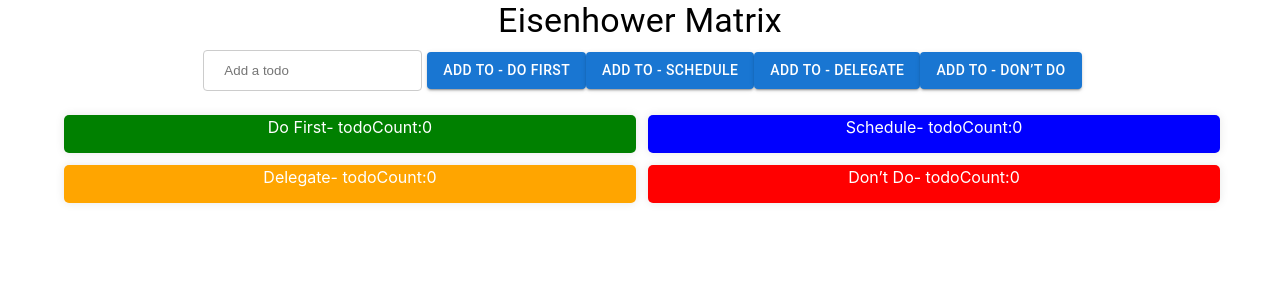
Repository: GokulDev4U/Krixi_react_assignment
Page: /
The author's editor kept a copy of each file at every save. The page is drawn from the files as they stood at one save, then again after the next save.
The browser window is 1280 px wide. The pictures show the whole page.
The project was rebuilt for these pictures with package versions that can differ from the ones it lists, and the page was loaded fresh each time.

Above is the page before, as saved 2022-04-05 13:58:01.

### src/index.js
import React from "react";
import ReactDOM from "react-dom";
import "./index.css";
import App from "./App";
import { store } from "./app/store";
import { Provider } from "react-redux";
import * as serviceWorker from "./serviceWorker";
import { PersistGate } from "redux-persist/integration/react";
import { persistStore } from "redux-persist";

let persistor = persistStore(store);

ReactDOM.render(
  <React.StrictMode>
    <Provider store={store}>
      <PersistGate loading={null} persistor={persistor}>
        <App />
      </PersistGate>
    </Provider>
  </React.StrictMode>,
  document.getElementById("root")
);

// If you want your app to work offline and load faster, you can change
// unregister() to register() below. Note this comes with some pitfalls.
// Learn more about service workers: https://bit.ly/CRA-PWA
serviceWorker.unregister();

### src/App.js
import React, { useState } from "react";
import { Container, Grid, Button, Typography } from "@mui/material";
import Card from "./Components/card/Card";
import { useDispatch } from "react-redux";
import { addDoFirst } from "./features/todo/todoSlice";
import { addSchedule } from "./features/todo/todoScheduleSlice";
import { addDelegate } from "./features/todo/todoDelegateSlice";
import { addDontDo } from "./features/todo/todoDontDoSlice";
import "./App.css";
import { DragDropContext } from "react-beautiful-dnd";

function App() {
  const dispatch = useDispatch();
  const [todo, setTodo] = useState("");
  let finalTodo = todo;
  const handleChange = (e) => {
    setTodo(e.target.value);
  };
  const handleDoFirstButtonClick = (e) => {
    e.preventDefault();
    e.stopPropagation();
    if (todo.length > 0) {
      dispatch(addDoFirst(finalTodo));
      setTodo("");
    }
  };
  const handleScheduleButtonClick = (e) => {
    e.preventDefault();
    e.stopPropagation();
    if (todo.length > 0) {
      dispatch(addSchedule(finalTodo));
      setTodo("");
    }
  };
  const handleDelegateButtonClick = (e) => {
    e.preventDefault();
    e.stopPropagation();
    if (todo.length > 0) {
      dispatch(addDelegate(finalTodo));
      setTodo("");
    }
  };
  const handleDontDoButtonClick = (e) => {
    e.preventDefault();
    e.stopPropagation();
    if (todo.length > 0) {
      dispatch(addDontDo(finalTodo));
      setTodo("");
    }
  };

  const onDragEnd = (result) => {
    const { destination, source, draggableId } = result;
    if (!destination) {
      return;
    }
    if (
      destination.droppableId === source.droppableId &&
      destination.index === source.index
    ) {
      return;
    }
    const start = source.droppableId;
    const finish = destination.droppableId;
    if (start === "doFirst" && finish === "schedule") {
      dispatch(addSchedule(finalTodo));
      dispatch(addDoFirst(finalTodo));
    } else if (start === "doFirst" && finish === "delegate") {
      dispatch(addDelegate(finalTodo));
      dispatch(addDoFirst(finalTodo));
    } else if (start === "doFirst" && finish === "dontDo") {
      dispatch(addDontDo(finalTodo));
      dispatch(addDoFirst(finalTodo));
    } else if (start === "schedule" && finish === "doFirst") {
      dispatch(addDoFirst(finalTodo));
      dispatch(addSchedule(finalTodo));
    } else if (start === "schedule" && finish === "delegate") {
      dispatch(addDelegate(finalTodo));
      dispatch(addSchedule(finalTodo));
    } else if (start === "schedule" && finish === "dontDo") {
      dispatch(addDontDo(finalTodo));
      dispatch(addSchedule(finalTodo));
    } else if (start === "delegate" && finish === "doFirst") {
      dispatch(addDoFirst(finalTodo));
      dispatch(addDelegate(finalTodo));
    } else if (start === "delegate" && finish === "schedule") {
      dispatch(addSchedule(finalTodo));
      dispatch(addDelegate(finalTodo));
    } else if (start === "delegate" && finish === "dontDo") {
      dispatch(addDontDo(finalTodo));
      dispatch(addDelegate(finalTodo));
    } else if (start === "dontDo" && finish === "doFirst") {
      dispatch(addDoFirst(finalTodo));
      dispatch(addDontDo(finalTodo));
    } else if (start === "dontDo" && finish === "schedule") {
      dispatch(addSchedule(finalTodo));
      dispatch(addDontDo(finalTodo));
    } else if (start === "dontDo" && finish === "delegate") {
      dispatch(addDelegate(finalTodo));
      dispatch(addDontDo(finalTodo));
    }
  };

  return (
    <DragDropContext onDragEnd={onDragEnd}>
      <div className="App">
        <Container sx={{ flexGrow: 1 }}>
          <Typography variant="h4">Eisenhower Matrix</Typography>
          <Grid container spacing={2}>
            <Grid item xs={12}>
              <input
                type="text"
                placeholder="Add a todo"
                value={todo}
                onChange={handleChange}
              />
              <Button
                variant="contained"
                color="primary"
                onClick={handleDoFirstButtonClick}
              >
                Add to - do first
              </Button>
              <Button
                variant="contained"
                color="primary"
                onClick={handleScheduleButtonClick}
              >
                Add to - Schedule
              </Button>
              <Button
                variant="contained"
                color="primary"
                onClick={handleDelegateButtonClick}
              >
                Add to - Delegate
              </Button>
              <Button
                variant="contained"
                color="primary"
                onClick={handleDontDoButtonClick}
              >
                Add to - Don’t Do
              </Button>
            </Grid>
            <Grid item xs={6}>
              <Card color="green" title="Do First" flag="doFirst" />
            </Grid>
            <Grid item xs={6}>
              <Card color="blue" title="Schedule" flag="schedule" />
            </Grid>
            <Grid item xs={6}>
              <Card color="orange" title="Delegate" flag="delegate" />
            </Grid>
            <Grid item xs={6}>
              <Card color="red" title="Don’t Do" flag="dontDo" />
            </Grid>
          </Grid>
        </Container>
      </div>
    </DragDropContext>
  );
}

export default App;

### src/app/store.js
import { configureStore } from "@reduxjs/toolkit";
import storage from "redux-persist/lib/storage";
import { combineReducers } from "redux";
import { persistReducer } from "redux-persist";
import todoReducer from "../features/todo/todoSlice";
import todoScheduleReducer from "../features/todo/todoScheduleSlice";
import todoDelegateReducer from "../features/todo/todoDelegateSlice";
import todoDontDoReducer from "../features/todo/todoDontDoSlice";

const reducers = combineReducers({
  todo: todoReducer,
  todoSchedule: todoScheduleReducer,
  todoDelegate: todoDelegateReducer,
  todoDontDo: todoDontDoReducer,
});

const persistConfig = {
  key: "root",
  storage,
};

const persistedReducer = persistReducer(persistConfig, reducers);

export const store = configureStore({
  reducer: persistedReducer,
  devTools: process.env.NODE_ENV !== "production",
});

### src/Components/card/Card.jsx
import React from 'react';
import { useSelector } from 'react-redux';
import { selectTodoDoFirst } from '../../features/todo/todoSlice';
import { selectTodoSchedule } from '../../features/todo/todoScheduleSlice';
import { selectTodoDelegate } from '../../features/todo/todoDelegateSlice';
import { selectTodoDontDo } from '../../features/todo/todoDontDoSlice';
import './Card.css';
import { Draggable } from 'react-beautiful-dnd';
import { Droppable } from 'react-beautiful-dnd';


const Card = ({ color, title, flag }) => {
  const todosDoFirst = useSelector(selectTodoDoFirst);
  const todosSchedule = useSelector(selectTodoSchedule);
  const todosDelegate = useSelector(selectTodoDelegate);
  const todosDontDo = useSelector(selectTodoDontDo);

  let todosDoFirstLength = todosDoFirst.length;
  let todosScheduleLength = todosSchedule.length;
  let todosDelegateLength = todosDelegate.length;
  let todosDontDoLength = todosDontDo.length;
  const innerRef = React.useRef();

  const getTodosDoFirstRef = () => {
    return innerRef.current.children[0];
  };

  const getTodosScheduleRef = () => {
    return innerRef.current.children[1];
  };

  const getTodosDelegateRef = () => {
    return innerRef.current.children[2];
  };

  const getTodosDontDoRef = () => {
    return innerRef.current.children[3];
  };

  return (
    <div className='box' style={{ backgroundColor: `${color}` }}>
      <div className="card-title">
        {`${title}- todoCount:${Number((flag === "doFirst" && todosDoFirstLength) || (flag === "schedule" && todosScheduleLength) || (flag === "delegate" && todosDelegateLength) || (flag === "dontDo" && todosDontDoLength))}`}
      </div>
      <Droppable droppableId={flag} >
        {(provided, snapshot) => {
          return (
            <div className="card-content" ref={provided.innerRef} {...provided.droppableProps} >
              <Draggable draggableId={title} index={0}>
                {(provided, snapshot) => {
                  return (
                    <div className="card-content-item" ref={provided.innerRef} {...provided.draggableProps} {...provided.dragHandleProps}>
                      {flag === "doFirst" && todosDoFirst?.map((todo, index) => (
                        <div key={index} className='item' >
                          {todo}
                        </div>
                      ))}
                    </div>
                  );
                }}
              </Draggable>
              <Draggable draggableId={title} index={1}>
                {(provided, snapshot) => {
                  return (
                    <div className="card-content-item" ref={provided.innerRef} {...provided.draggableProps} {...provided.dragHandleProps}>
                      {flag === "schedule" && todosSchedule?.map((todo, index) => (
                        <div key={index} >
                          {todo}
                        </div>
                      ))}
                    </div>
                  );
                }}
              </Draggable>
              <Draggable draggableId={title} index={2}>
                {(provided, snapshot) => {
                  return (
                    <div className="card-content-item" ref={provided.innerRef} {...provided.draggableProps} {...provided.dragHandleProps}>
                      {flag === "delegate" && todosDelegate?.map((todo, index) => (
                        <div key={index} >
                          {todo}
                        </div>
                      ))}
                    </div>
                  );
                }}
              </Draggable>
              <Draggable draggableId={title} index={3}>
                {(provided, snapshot) => {
                  return (
                    <div className="card-content-item" ref={provided.innerRef} {...provided.draggableProps} {...provided.dragHandleProps}>
                      {flag === "dontDo" && todosDontDo?.map((todo, index) => (
                        <div key={index} >
                          {todo}
                        </div>
                      ))}
                    </div>
                  );
                }}
              </Draggable>
            </div>
          );
        }}
      </Droppable>
    </div >
  );
};

export default Card;

### src/features/todo/todoSlice.jsx
import { createSlice } from "@reduxjs/toolkit";

const initialState = {
    doFirst: [],
    // schedule: [],
    // delegate: [],
    // dontDo: [],
};

export const todoSlice = createSlice({
    name: "todo",
    initialState,
    reducers: {
        addDoFirst: (state, action) => {
            state.doFirst.push(action.payload);
        },
        // addSchedule: (state, action) => {
        //     state.schedule.push(action.payload);
        // },
        // addDelegate: (state, action) => {
        //     state.delegate.push(action.payload);
        // },
        // addDontDo: (state, action) => {
        //     state.dontDo.push(action.payload);
        // },
        remove: (state) => {
            // state.value -= 1;
        },
        edit: (state, action) => {
            // state.value += action.payload;
        },
    },
});

export const { addDoFirst, addDelegate, addSchedule, addDontDo, remove, edit } = todoSlice.actions;

export const selectTodoDoFirst = (state) => state.todo.doFirst;
// export const selectTodoSchedule = (state) => state.todo.schedule;
// export const selectTodoDelegate = (state) => state.todo.delegate;
// export const selectTodoDontDo = (state) => state.todo.dontDo;

export default todoSlice.reducer;

### src/features/todo/todoScheduleSlice.jsx
import { createSlice } from "@reduxjs/toolkit";

const initialState = {
    schedule: [],
};

export const todoScheduleSlice = createSlice({
    name: "todoSchedule",
    initialState,
    reducers: {
        addSchedule: (state, action) => {
            state.schedule.push(action.payload);
        },
        remove: (state) => {

        },
        edit: (state, action) => {

        },
    },
});

export const { addSchedule, remove, edit } = todoScheduleSlice.actions;

export const selectTodoSchedule = (state) => state.todoSchedule.schedule;

export default todoScheduleSlice.reducer;

### src/features/todo/todoDelegateSlice.jsx
import { createSlice } from "@reduxjs/toolkit";

const initialState = {
    delegate: [],
};

export const todoDelegateSlice = createSlice({
    name: "todoDelegate",
    initialState,
    reducers: {
        addDelegate: (state, action) => {
            state.delegate.push(action.payload);
        },
        remove: (state) => {

        },
        edit: (state, action) => {

        },
    },
});

export const { addDelegate, remove, edit } = todoDelegateSlice.actions;

export const selectTodoDelegate = (state) => state.todoDelegate.delegate;

export default todoDelegateSlice.reducer;

### src/features/todo/todoDontDoSlice.jsx
import { createSlice } from "@reduxjs/toolkit";

const initialState = {
    dontDo: [],
};

export const todoDontDoSlice = createSlice({
    name: "todoDontDo",
    initialState,
    reducers: {
        addDontDo: (state, action) => {
            state.dontDo.push(action.payload);
        },
        remove: (state) => {

        },
        edit: (state, action) => {

        },
    },
});

export const { addDontDo, remove, edit } = todoDontDoSlice.actions;

export const selectTodoDontDo = (state) => state.todoDontDo.dontDo;

export default todoDontDoSlice.reducer;

### src/App.css
.App {
  text-align: center;
}

input[type=text]{
  /* width: 100%; */
  padding: 12px 20px;
  margin: 8px 5px;
  display: inline-block;
  border: 1px solid #ccc;
  border-radius: 4px;
  box-sizing: border-box;
}

Button {
  margin-right: 5px;
}

### src/Components/card/Card.css
 .box{
    width: 100%;
    height: 100%;
    color: #fff;
    border-radius: 5px;
    box-shadow: 0 0 10px rgba(0,0,0,0.1);
    overflow: hidden;
    cursor: pointer;
    padding: 2px;
 }
 .card-content{
    display: flex;
    flex-direction: column;
    justify-content: space-around;
    margin: 5px 0px;
 }
 .card-content-item{
      width: 100%;
      height: 100%;
      background-color: rgb(187, 231, 202);
      border-radius: 5px;
      /* border: 1px solid black; */
 }

Loaded but not shown: public/index.html (common file); src/index.css (common file); src/serviceWorker.js (common file)

After the next save:
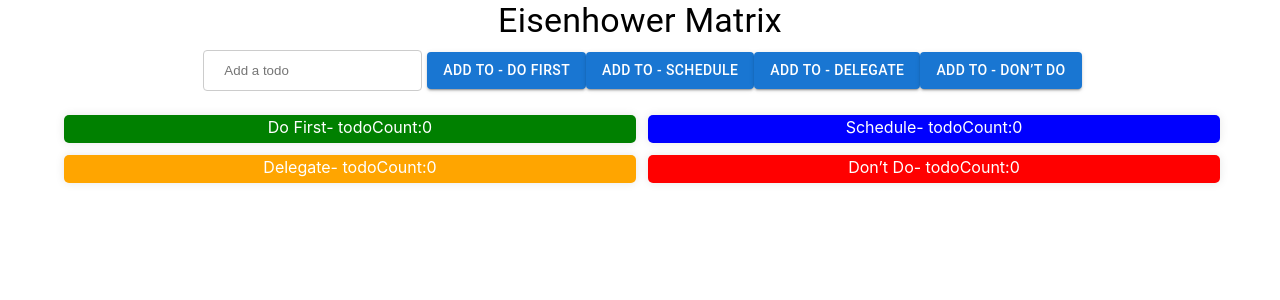
Saved 33 s later.
--- a/src/Components/card/Card.css
+++ b/src/Components/card/Card.css
@@ -12,7 +12,7 @@
     display: flex;
     flex-direction: column;
     justify-content: space-around;
-    margin: 5px 0px;
+    margin !important : 5px 0px;
  }
  .card-content-item{
       width: 100%;
